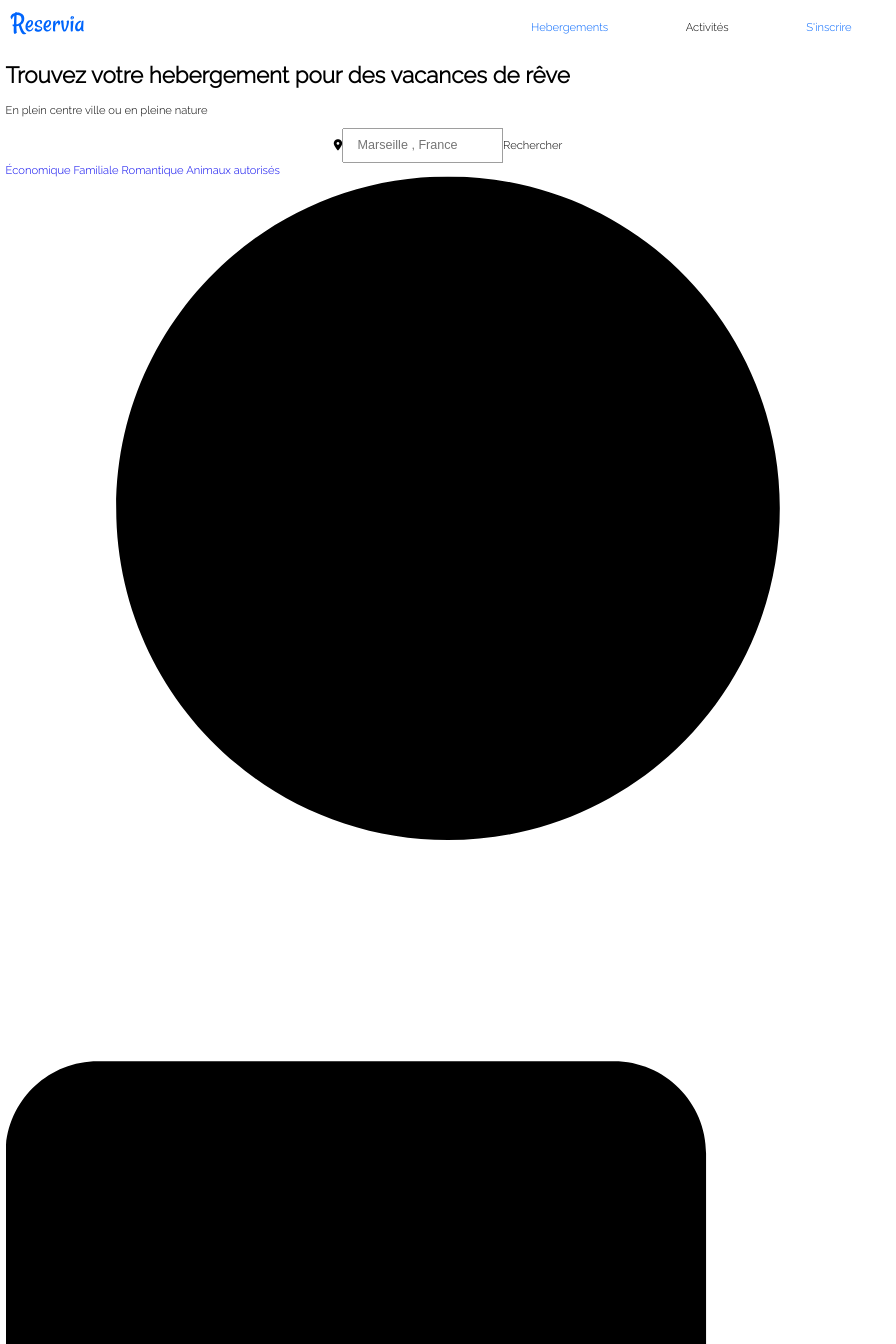
Repository: jaydeeonghub/DYLANBARBARISI_2_16062021
Page: index.html
An editor plug-in stored every save of this project. The page is shown before and after the next save, followed by the edit.
The browser window is 1280 px wide. The pictures show the part of the page from y = 0 to 1920 px (the page is 61137 px tall), at 70% of full size.
Some web libraries are served in a nearby version.

Above is the page before, as saved 2021-07-06 16:55:58.

After the next save:
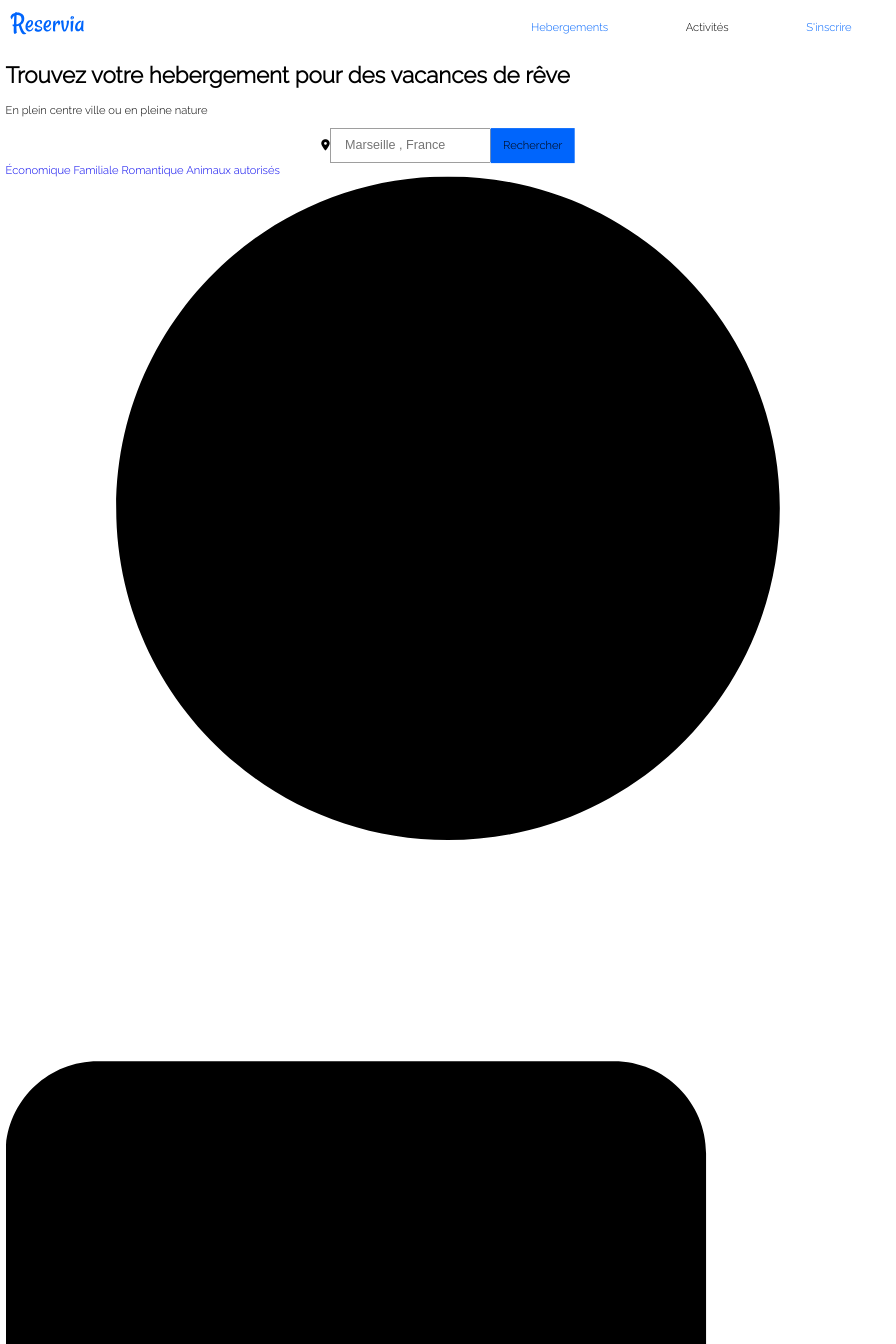
Saved 4 min 22 s later.
--- a/index.html
+++ b/index.html
@@ -34,7 +34,7 @@
       <div class="flexCentre">
         <div><i class="fas fa-map-marker-alt"></i></div>
         <div><input class="recherche flexCentre bordureNone paddingSearch" type="search" placeholder="Marseille , France" /></div>
-        <div>Rechercher</div>
+        <Rechercher class="backBleu flexCentre buttonSearch">Rechercher</div>
           </div>
 
           <div class="Filtres"
